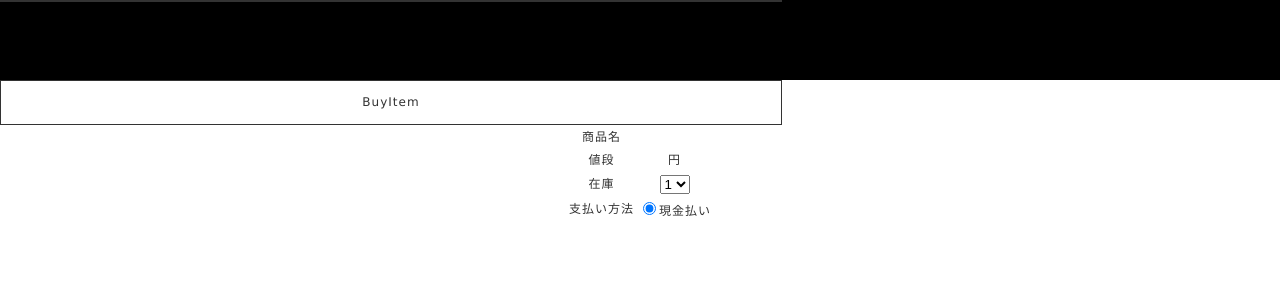
Repository: cha-git/ecsite
Page: http://localhost/template/buyItem.jsp
These files come from the project's save history. The page is drawn as it stood at one moment and after the next save; the edit follows.
The browser window is 1280 px wide. The pictures show the whole page.
The page is served by Tomcat 9. Other server files are loaded and not shown.

Above is the page before, as saved 2018-12-21 10:41:40.

### template/WebContent/buyItem.jsp
<%@ page language="java" contentType="text/html; charset=UTF-8"
    pageEncoding="UTF-8"%>
<%@ taglib prefix="s" uri="/struts-tags" %>
<!DOCTYPE html>
<html>
<head>
	<meta http-equiv="Content-Type" content="text/html; charset=UTF-8" />
	<meta http-equiv="Conten-Style-Type" content="text/css" />
	<meta http-equiv="Content-Script-Type" content="text/javascript" />
	<meta http-equiv="imagetoolbar" content="" />
	<meta name="description" content="" />
	<meta name="keywords" content="" />
	<title>buyItem画面</title>

	<style type="text/css">
	/* ========TAG LAYOUT======== */
	body {
		margin:0;
		padding:0;
		line-height:1.6;
		letter-spacing:1px;
		font-family:Verdana, Helvetica, sans-serif;
		font-size:12px;
		color:#333;
		background:#fff;
	}

	table {
		text-align:center;
		margin:0 auto;
	}
	/* ========ID LAYOUT======== */
	#top {
		width:780px;
		margin:30px,auto;
		border:1px solid #333;
	}

	#header {
		width:100%;
		height:80px;
		background-color:black;
	}

	#main {
		width:100%;
		height:500px;
		text-align:center;
	}

	#footer {
		width:100%;
		height:80px;
		background-color:black;
		clear:both;
	}
	</style>
</head>
<body>
	<div id="header">
		<div id="top">
		</div>
	</div>
	<div id="main">
		<div id="top">
			<p>BuyItem</p>
		</div>
		<div>
		<s:form action="BuyItemAction">
			<table>
				<tr>
					<td>
						<span>商品名</span>
					</td>
					<td>
						<s:property value="session.buyItem_name" />
					</td>
				</tr>
				<tr>
					<td>
						<span>値段</span>
					</td>
					<td>
					<s:property value="session.buyItem_price" />
						<span>円 </span>
					</td>
				</tr>
				<tr>
					<td>
						<span>在庫</span>
					</td>
					<td>
						<select name="stock">
						<option value="1" selected="selected">1</option>
							<option value="2">2</option>
							<option value="3">3</option>
							<option value="4">4</option>
							<option value="5">5</option>
						</select>
					</td>
				</tr>
				<tr>
					<td>
						<span>支払い方法</span>
					</td>
					<td>
						<input type="radio" name="pay" value="1" checked="checked">現金払い

					</td>
				</tr>
			</table>
		</s:form>
		</div>
	</div>
</body>
</html>

After the next save:
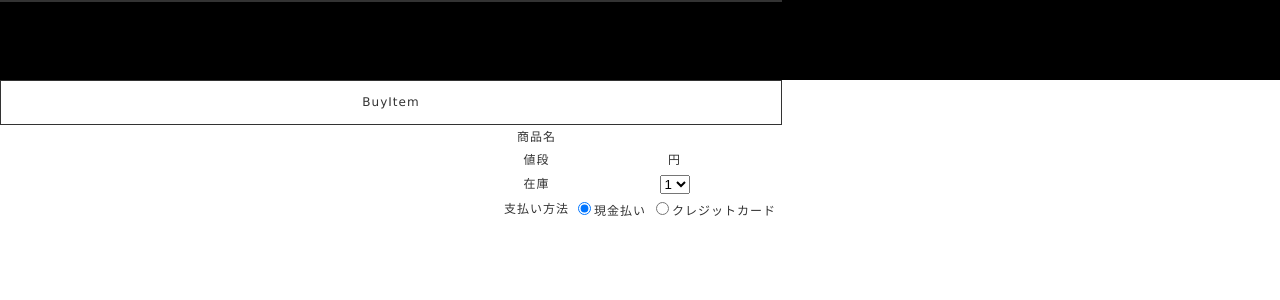
Saved 80 s later.
--- a/template/WebContent/buyItem.jsp
+++ b/template/WebContent/buyItem.jsp
@@ -105,7 +105,7 @@
 					</td>
 					<td>
 						<input type="radio" name="pay" value="1" checked="checked">現金払い
-
+						<input type="radio" name="pay" value="2">クレジットカード
 					</td>
 				</tr>
 			</table>
